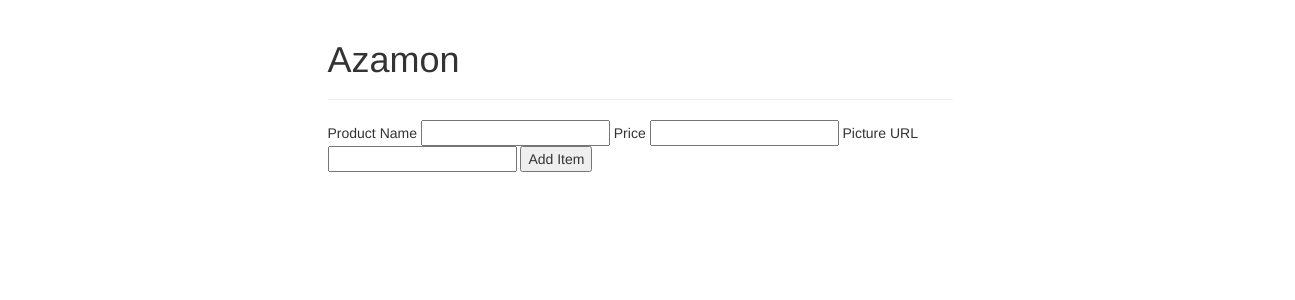
Repository: bkappen/Creative3
Page: midterm/public/index.html
The author's editor kept a record of every edit. The page is drawn from the files as they stood at one moment, then again after the next edit.
The browser window is 1280 px wide. The page is 1295 px wide, so the pictures cover 1295 px, including what lies to the right of the window. The pictures show the whole page.
The page's requests for data from a server got no answer. Some web libraries are served in a nearby version.

Above is the page before.

### midterm/public/index.html
<html>

<head>
    <title>Products</title>
    <link href="//maxcdn.bootstrapcdn.com/bootstrap/3.2.0/css/bootstrap.min.css" rel="stylesheet">
    <script src="//ajax.googleapis.com/ajax/libs/angularjs/1.2.19/angular.min.js"></script>
    <script src="javascripts/product.js"></script>

</head>

<body ng-app="midterm" ng-controller="MainCtrl">
    <div class="row">
        <div class="col-md-6 col-md-offset-3">
            <div class="page-header">
                <h1>Azamon </h1>
            </div>

            <form ng-submit="addProduct()" style="margin-top30px;">
                Product Name <input type="text" ng-model="formContent"></input>
                Price <input type="text" ng-model="formContent"></input>
                Picture URL <input type="text" ng-model="formContent"></input>
                <button type="submit">Add Item</button>
            </form>
            <div ng-repeat="product in products | orderBy: '-title'">
                <span class="glyphicon glyphicon-remove" ng-click="delete(product)"></span> {{product.title}} - ordered: {{product.ordered}}
            </div>

            </div>
        </div>
    </div>
</body>

</html>

### midterm/public/javascripts/product.js
angular.module('midterm', [])
    .controller('MainCtrl', [
        '$scope', '$http',
        function($scope, $http) {
            $scope.products = [];
            $scope.addProduct = function() {
                var newproduct = { title: $scope.nameContent, price: $scope.priceContent, URL: $scope.picContent, ordered: 0 };
                $http.post('/products', newproduct).success(function(data) {
                    $scope.products.push(data);
                });
                $scope.nameContent = '';
                $scope.priceContent = '';
                $scope.picContent = '';
                $scope.products.push(newproduct);
            };
            $scope.incrementOrders = function(product) {
                $http.put('/products/' + product._id + '/order')
                    .success(function(data) {
                        product.ordered += 1;
                    });
            };
            $scope.delete = function(product) {
                $http.delete('/products/' + product._id)
                    .success(function(data) {
                        console.log("delete worked");
                        $scope.getAll();
                    });
            };
            $scope.getAll = function() {
                return $http.get('/products').success(function(data) {
                    angular.copy(data, $scope.products);
                });
            };
            $scope.getAll();
        }


    ]);

After the next edit:
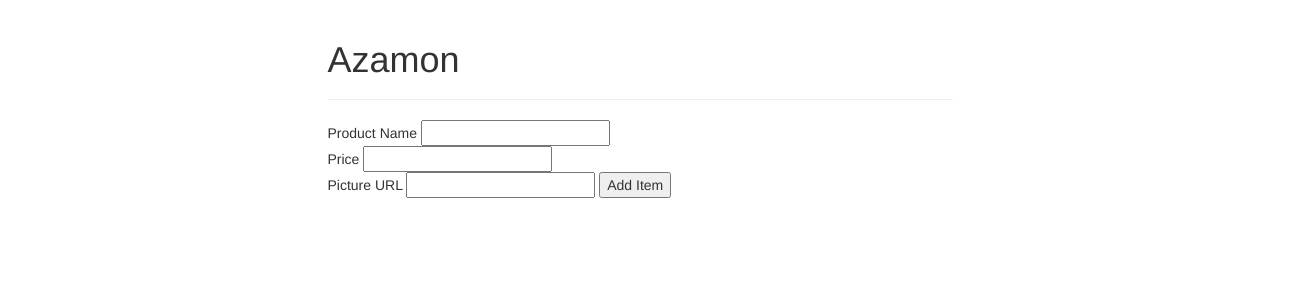
The edit:
--- a/midterm/public/index.html
+++ b/midterm/public/index.html
@@ -16,8 +16,8 @@
             </div>
 
             <form ng-submit="addProduct()" style="margin-top30px;">
-                Product Name <input type="text" ng-model="formContent"></input>
-                Price <input type="text" ng-model="formContent"></input>
+                Product Name <input type="text" ng-model="formContent"></input> <br>
+                Price <input type="text" ng-model="formContent"></input> <br>
                 Picture URL <input type="text" ng-model="formContent"></input>
                 <button type="submit">Add Item</button>
             </form>
